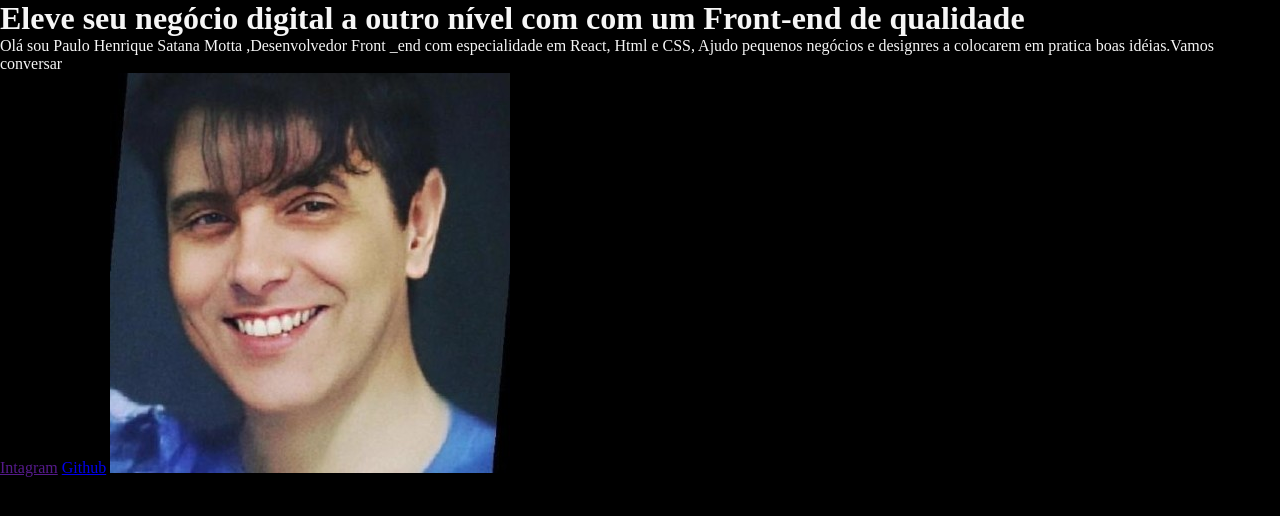
Repository: phsmottanerd/projeto-portfolio-alura
Page: index.html
An editor plug-in stored every save of this project. The page is shown before and after the next save, followed by the edit.
The browser window is 1280 px wide. The pictures show the whole page.

Above is the page before, as saved 2025-01-21 19:47:12.

After the next save:
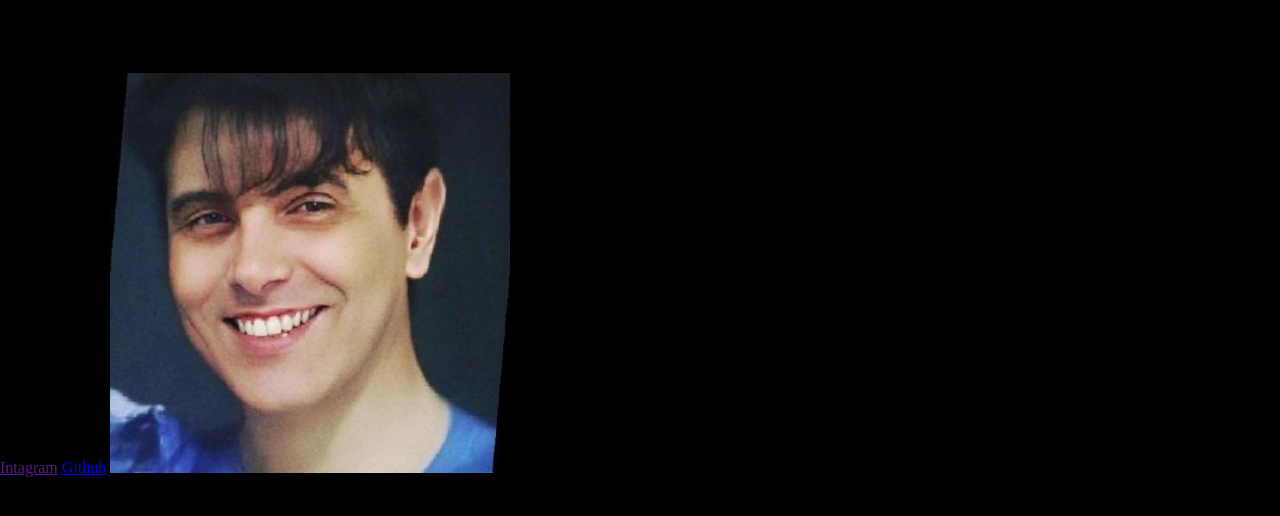
Saved 36 s later.
--- a/style.css
+++ b/style.css
@@ -7,9 +7,8 @@
 }
 body{
 background-color:black;
-color:#f6f6f6;
+
 }
 titulo-destaque{
-
-
+    color:#f6f6f6;
 }

After the save that followed:
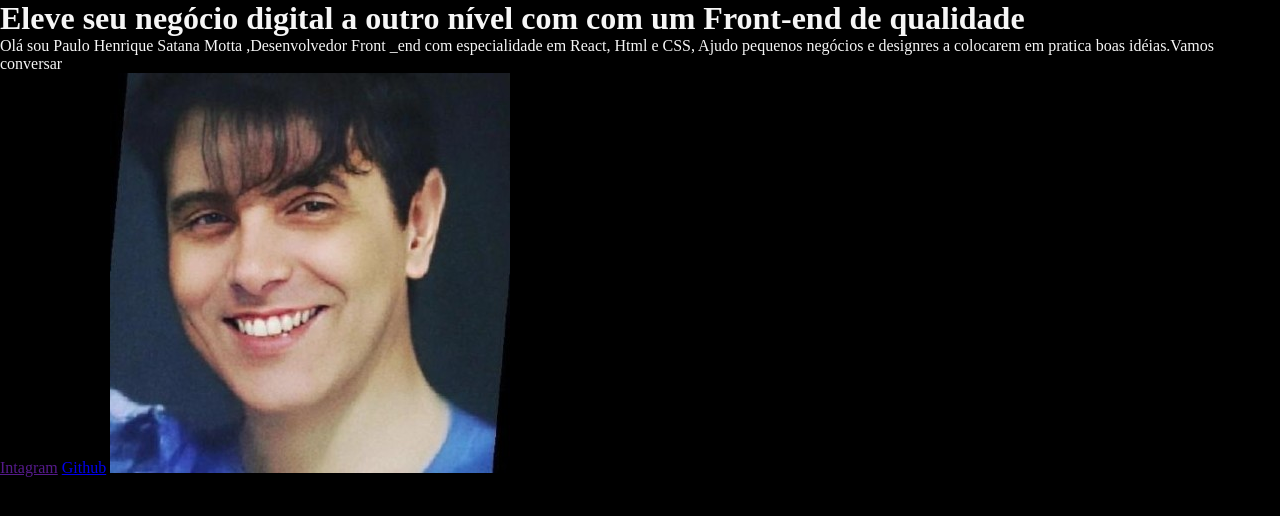
Saved 12 s later.
--- a/style.css
+++ b/style.css
@@ -7,7 +7,7 @@
 }
 body{
 background-color:black;
-
+color:#f6f6f6;
 }
 titulo-destaque{
     color:#f6f6f6;
